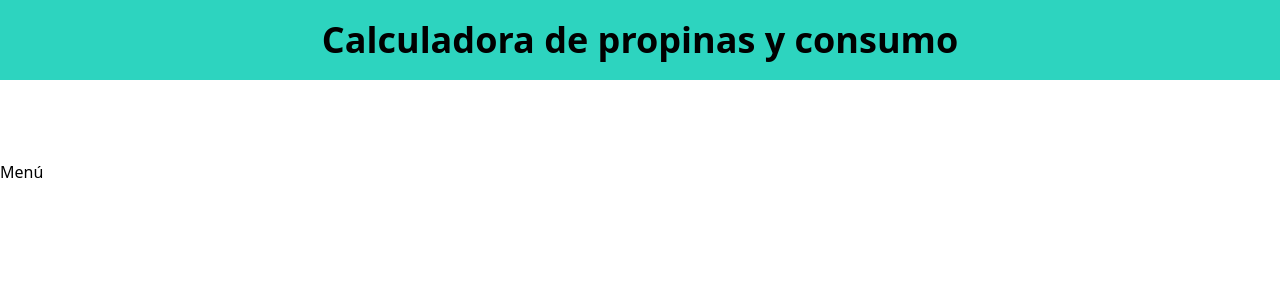
Repository: Samuel-Leal96/calculador_propinas
Page: /
These files come from the project's save history. The page is drawn as it stood at one moment and after the next save; the edit follows.
The browser window is 1280 px wide. The pictures show the whole page.
The project was rebuilt for these pictures with package versions that can differ from the ones it lists, and the page was loaded fresh each time. Also part of the build but not shown: vite.config.ts.

Above is the page before, as saved 2025-10-20 16:57:46.

After the next save:
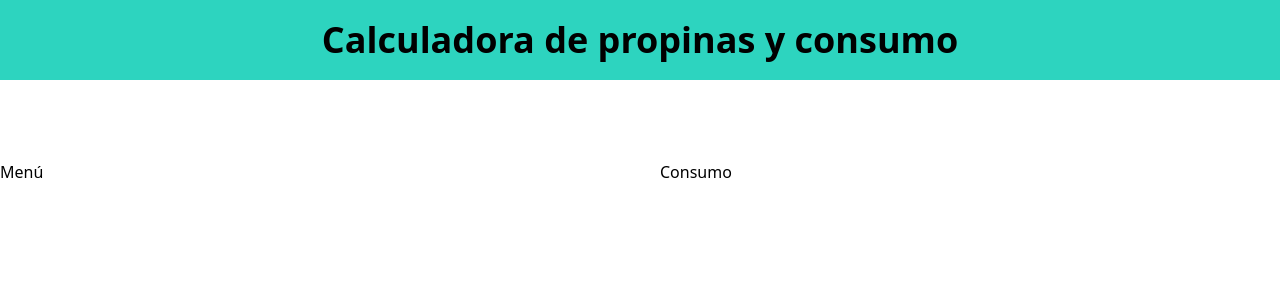
Saved 62 s later.
--- a/src/App.tsx
+++ b/src/App.tsx
@@ -11,7 +11,15 @@ function App() {
       </header>
 
       <main className="max-w-7xl mx-auto py-20 grid grid-cols-2 gap-10">
-        <h2>Menú</h2>
+        <div>
+          <h2>Menú</h2>
+
+        </div>
+
+        <div>
+          <h2>Consumo</h2>
+
+        </div>
 
       </main>
     </>
